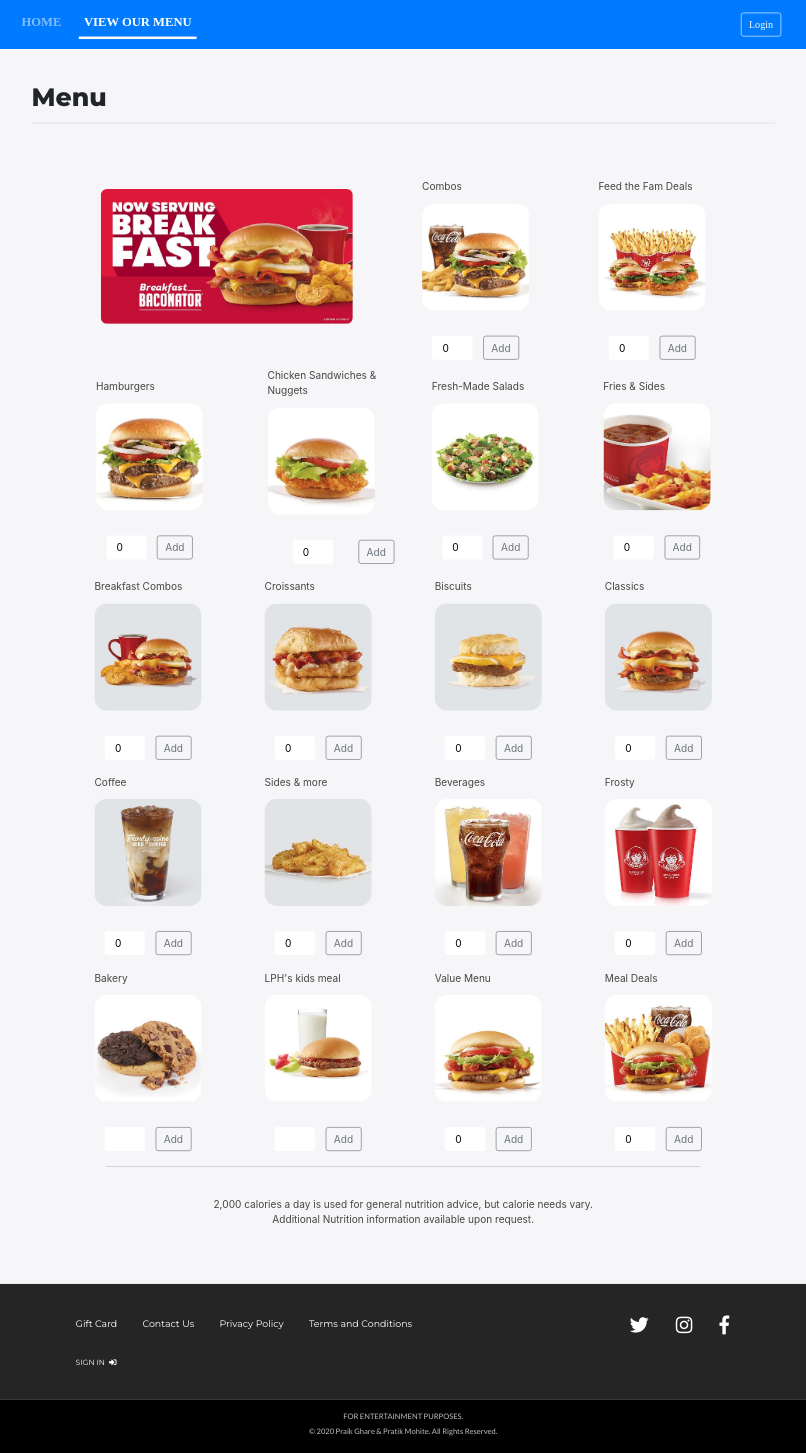
Repository: pratikghare/CafeImbiss
Page: http://localhost/Cafeteria/menu.jsp
An editor plug-in stored every save of this project. The page is shown before and after the next save, followed by the edit.
The browser window is 1280 px wide. The pictures show the whole page, at 63% of full size.
Some web fonts or font styles are not loaded; a fallback is used. Some web libraries are served in a nearby version. The page is served by Tomcat 9.

Above is the page before, as saved 2020-11-04 19:21:32.

After the next save:
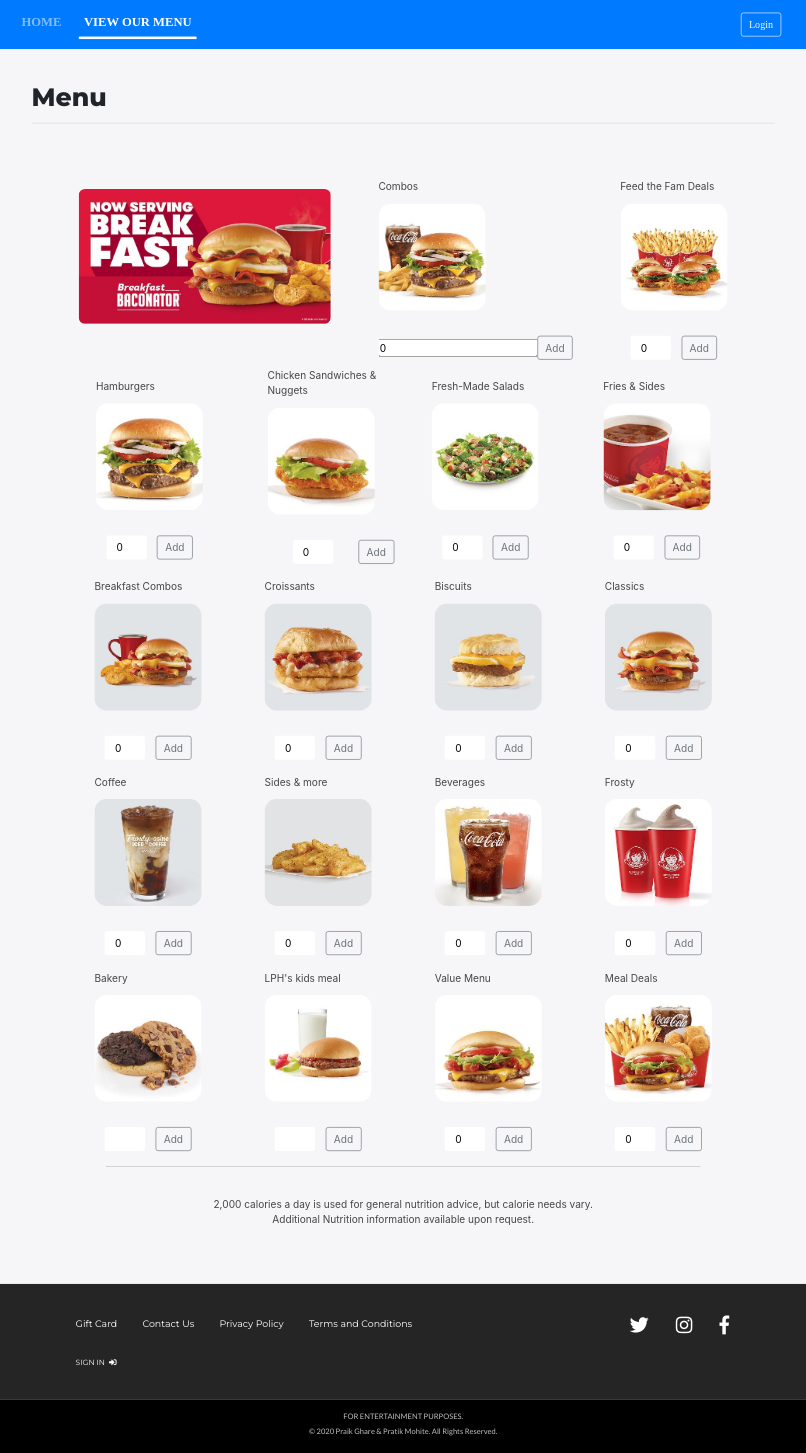
Saved 82 s later.
--- a/Cafeteria/WebContent/menu.jsp
+++ b/Cafeteria/WebContent/menu.jsp
@@ -90,7 +90,7 @@
                     <a href="#"> <img src="./images/menu/combos.jpg" /></a>
                     <br>
                     <form class="add-btn" action="addToCart.htm" method="post" >
-                    		<input type="text" name="quantity" value="0" />
+                    		<input type="number" name="quantity" value="0" />
 	                    	<button class="btn btn-outline-secondary">Add</button>
 	                    	<input type="hidden" name="itemId" value="1" />
 
